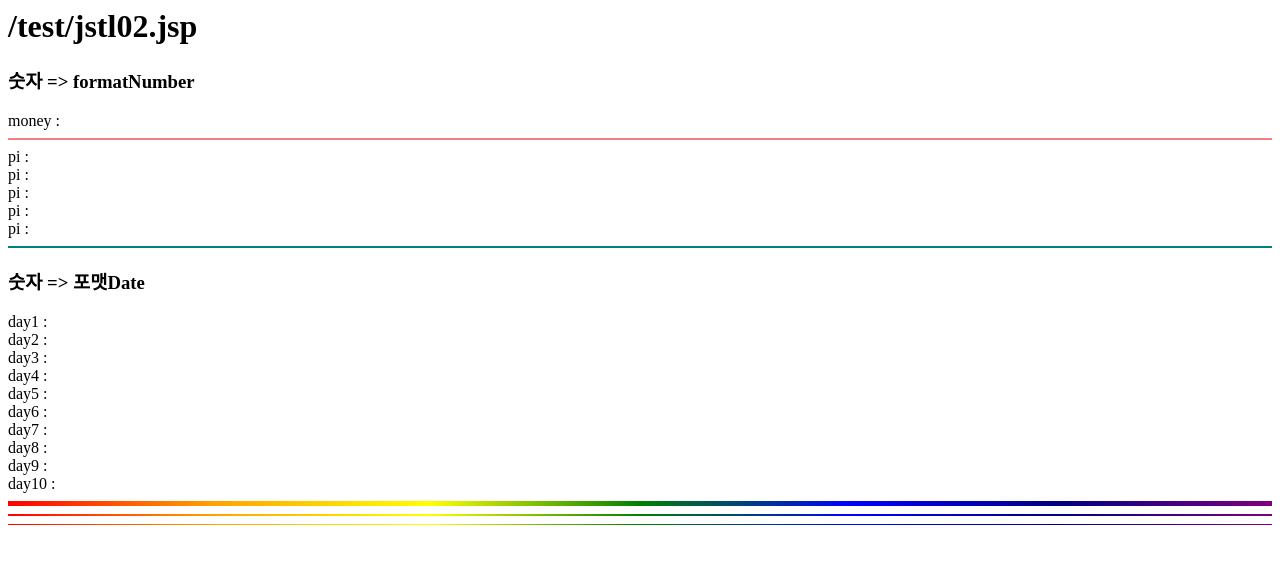
Repository: khsik/Woori-Computer-Academy
Page: http://localhost/mvc/WEB-INF/views/test/jstl02.jsp
The author's editor kept a copy of each file at every save. The page is drawn from the files as they stood at one save, then again after the next save.
The browser window is 1280 px wide. The pictures show the whole page.
The page is served by Tomcat 9. Nobody is signed in. Other server files are loaded and not shown. The template is opened directly, without the code that normally fills it, so the values that code supplies are empty.

Above is the page before, as saved 2024-05-13 08:10:16.

### mvc/src/main/webapp/WEB-INF/views/test/jstl02.jsp
<%@ page language="java" contentType="text/html; charset=UTF-8"
    pageEncoding="UTF-8"%>
<%@ taglib prefix="fmt" uri="http://java.sun.com/jsp/jstl/fmt" %>

<h1>/test/jstl02.jsp</h1>

<h3> 숫자 => formatNumber</h3>
money : <fmt:formatNumber value="${money}" type="currency" currencySymbol="\\"/>
<hr color="lightcoral">
pi : <fmt:formatNumber value="${pi}" type="percent" /> <br>
pi : <fmt:formatNumber value="${pi}" pattern=".0000" /> <br>
pi : <fmt:formatNumber value="${pi}" pattern=".0"/> <br>
pi : <fmt:formatNumber value="${pi}" pattern="##0.000000"/> <br>
pi : <fmt:formatNumber value="${pi}" pattern="000.00000"/>
<%--
0 : 빈자리면 0 출력
# : 빈자리면 출력안함
마지막 자리 반올림해서 나오는 것으로 보임.
--%>
<hr color="teal">

<h3>숫자 => 포맷Date</h3>
day1 : <fmt:formatDate value="${day}" /> <br>
day2 : <fmt:formatDate value="${day}" type="date"/> <br>
day3 : <fmt:formatDate value="${day}" type="both"/> <br>
day4 : <fmt:formatDate value="${day }" type="time" /> <br>
day5 : <fmt:formatDate value="${day }" type="time" timeStyle="full"/> <br>
day6 : <fmt:formatDate value="${day }" type="date" dateStyle="full"/> <br>
day7 : <fmt:formatDate value="${day }" type="date" dateStyle="long"/> <br>
day8 : <fmt:formatDate value="${day }" type="date" dateStyle="medium" /> <br>
day9 : <fmt:formatDate value="${day }" type="date" dateStyle="short" /> <br>
day10 : <fmt:formatDate value="${day }" type="date" dateStyle="default" /> <br>

<hr size="7px" style="border:0; background: linear-gradient(0.25turn, red, orange, yellow, green, blue, navy, purple);">
<hr size="4px" style="border:0; background: linear-gradient(90deg, red, orange, yellow, green, blue, navy, purple);">
<hr size="3px" style="border:0; background: linear-gradient(90deg, red, orange, yellow, green, blue, navy, purple);">

After the next save:
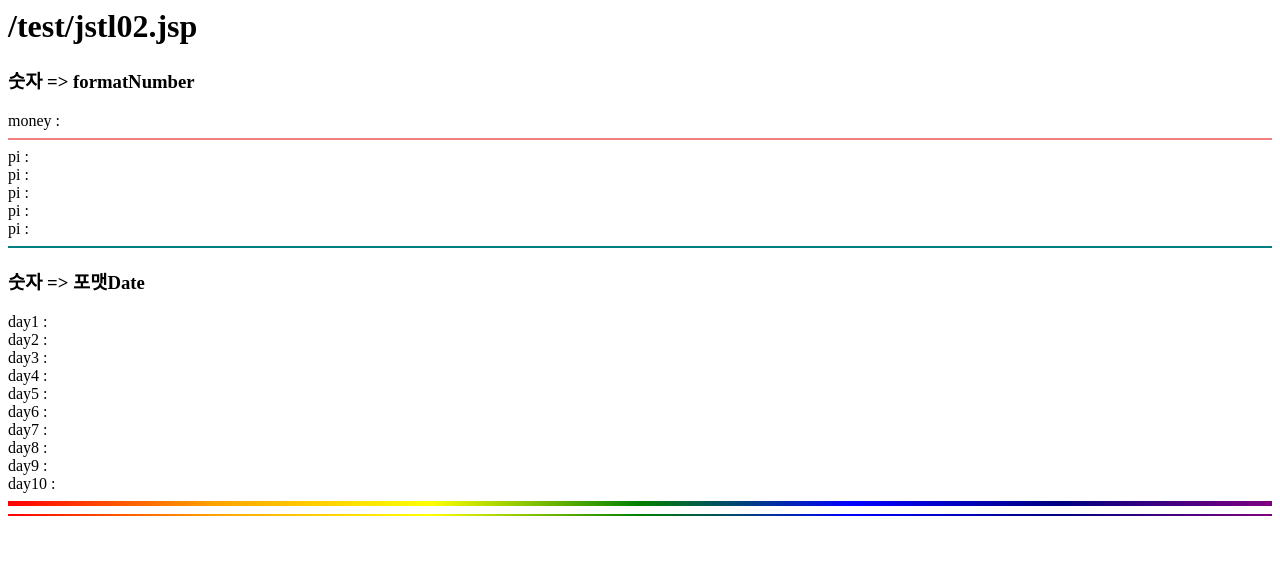
Saved 16 s later.
--- a/mvc/src/main/webapp/WEB-INF/views/test/jstl02.jsp
+++ b/mvc/src/main/webapp/WEB-INF/views/test/jstl02.jsp
@@ -33,4 +33,3 @@ day10 : <fmt:formatDate value="${day }" type="date" dateStyle="default" /> <br>
 
 <hr size="7px" style="border:0; background: linear-gradient(0.25turn, red, orange, yellow, green, blue, navy, purple);">
 <hr size="4px" style="border:0; background: linear-gradient(90deg, red, orange, yellow, green, blue, navy, purple);">
-<hr size="3px" style="border:0; background: linear-gradient(90deg, red, orange, yellow, green, blue, navy, purple);">
